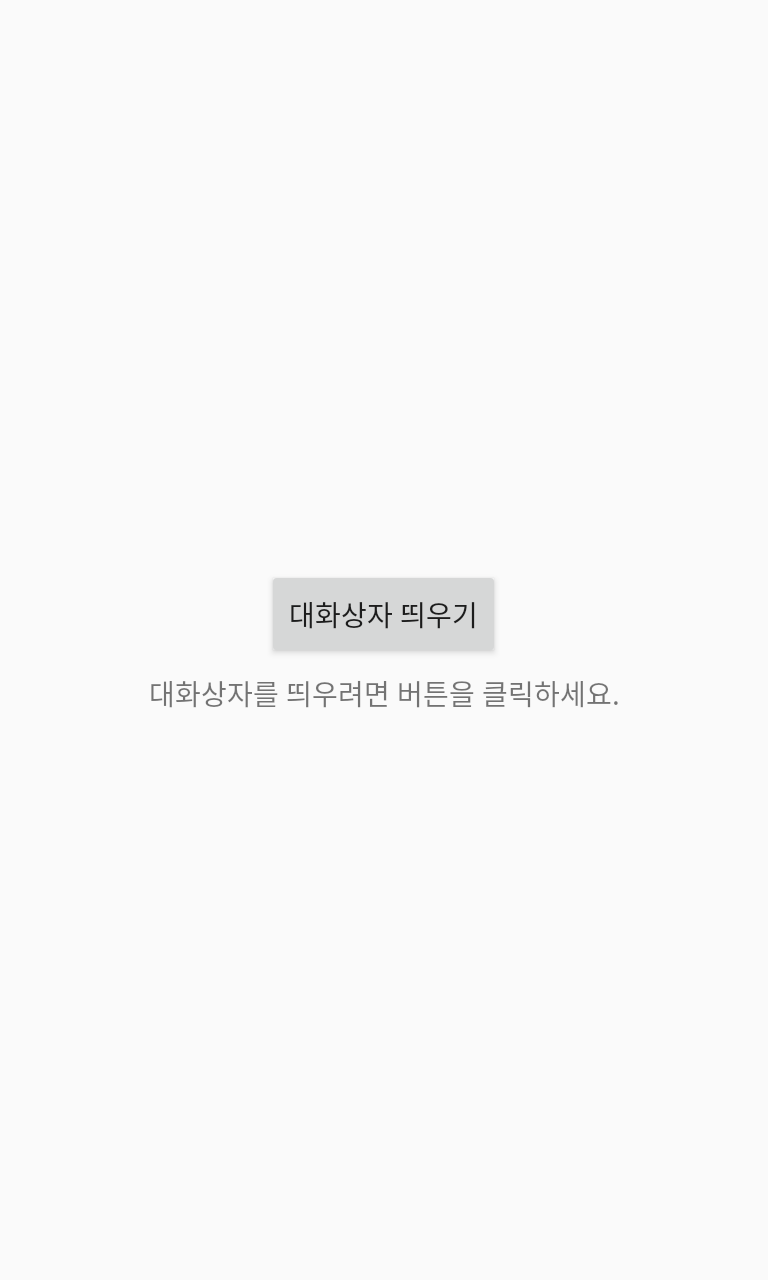
Repository: tae-jun/android
Layout: i1024_Dialog/res/layout/activity_main.xml
The author's editor kept a copy of each file at every save. The layout is drawn from the files as they stood at one save, then again after the next save.
It is drawn on a 768 x 1280 px phone screen (xhdpi) without system bars, with theme AppTheme; the app's code is not run.

Above is the layout before, as saved 2014-10-24 03:19:49.

### i1024_Dialog/res/layout/activity_main.xml
<LinearLayout xmlns:android="http://schemas.android.com/apk/res/android"
    xmlns:tools="http://schemas.android.com/tools"
    android:layout_width="match_parent"
    android:layout_height="match_parent"
    android:gravity="center_vertical"
    android:orientation="vertical"
    tools:context="${relativePackage}.${activityClass}" >

    <Button
        android:id="@+id/btnShow"
        android:layout_width="wrap_content"
        android:layout_height="wrap_content"
        android:layout_gravity="center"
        android:text="대화상자 띄우기" />

    <TextView
        android:layout_width="match_parent"
        android:layout_height="wrap_content"
        android:gravity="center"
        android:paddingTop="5dp"
        android:text="대화상자를 띄우려면 버튼을 클릭하세요." />

</LinearLayout>

Loaded but not shown: i1024_Dialog/res/values/styles.xml (common file); i1024_Dialog/res/values-v11/styles.xml (common file); i1024_Dialog/res/values-v14/styles.xml (common file)

After the next save:
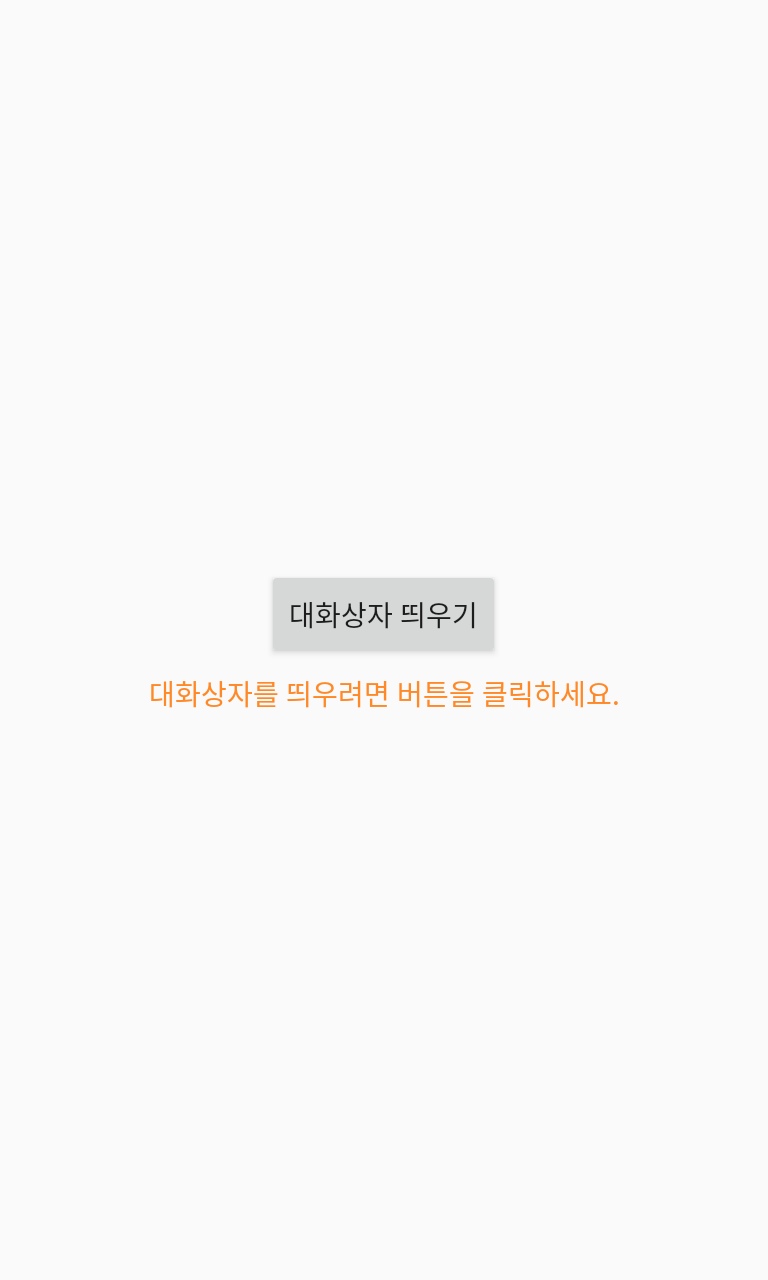
Saved 67 s later.
--- a/i1024_Dialog/res/layout/activity_main.xml
+++ b/i1024_Dialog/res/layout/activity_main.xml
@@ -18,6 +18,7 @@
         android:layout_height="wrap_content"
         android:gravity="center"
         android:paddingTop="5dp"
+        android:textColor="#FF8827"
         android:text="대화상자를 띄우려면 버튼을 클릭하세요." />
 
 </LinearLayout>
